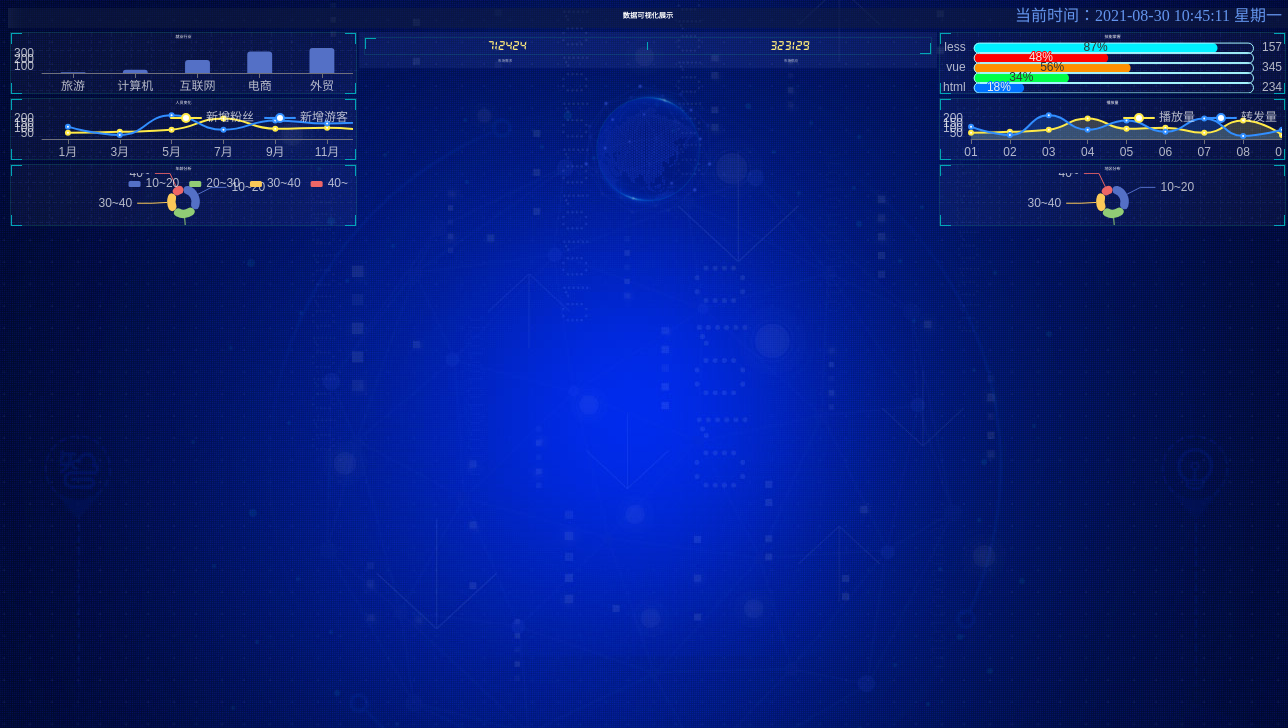
Repository: jiang-1990/DataVM
Page: /
The author's editor kept a copy of each file at every save. The page is drawn from the files as they stood at one save, then again after the next save.
The browser window is 1280 px wide. The page is 1288 px wide, so the pictures cover 1288 px, including what lies to the right of the window. The pictures show the whole page.
The project was rebuilt for these pictures with package versions that can differ from the ones it lists, and the page was loaded fresh each time.

Above is the page before, as saved 2021-08-30 11:06:30.

After the next save:
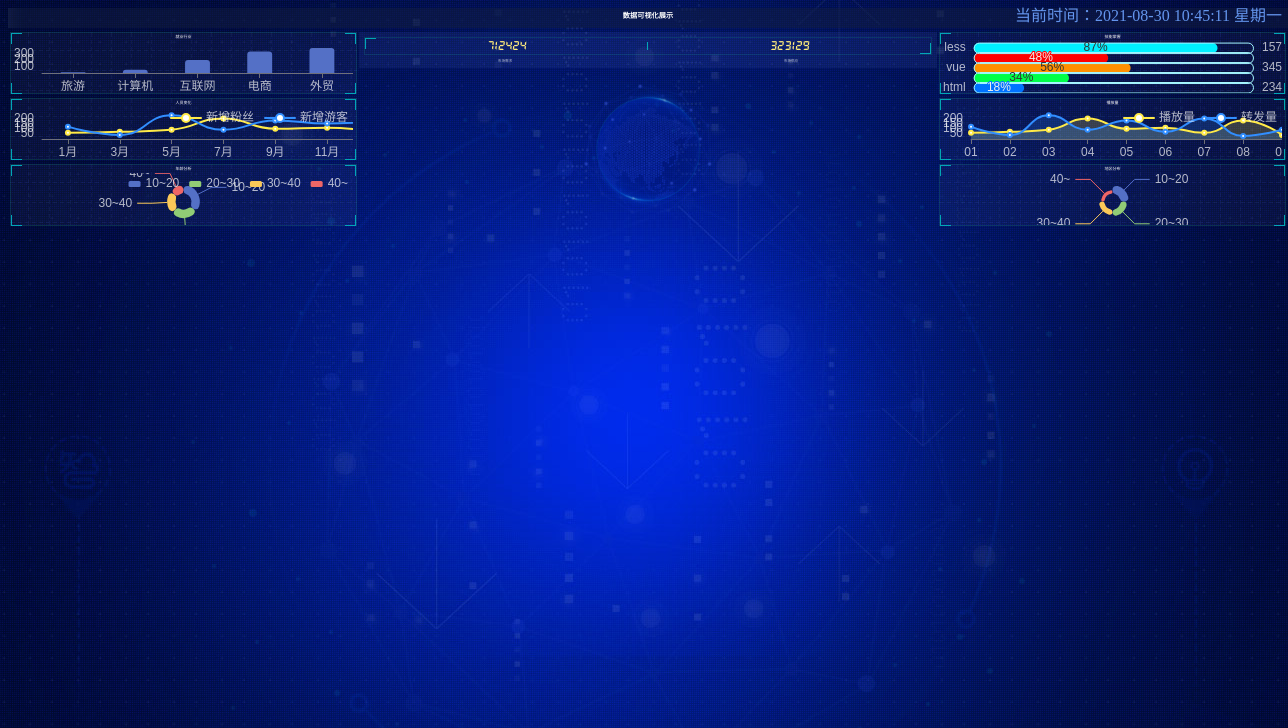
Saved 5 min 57 s later.
--- a/src/components/bigScreen.vue
+++ b/src/components/bigScreen.vue
@@ -127,6 +127,7 @@ export default {
           {
             name: "访问来源",
             type: "pie",
+            roseType: "area",
             top: "10%",
             radius: ["34%", "70%"],
             avoidLabelOverlap: false,
